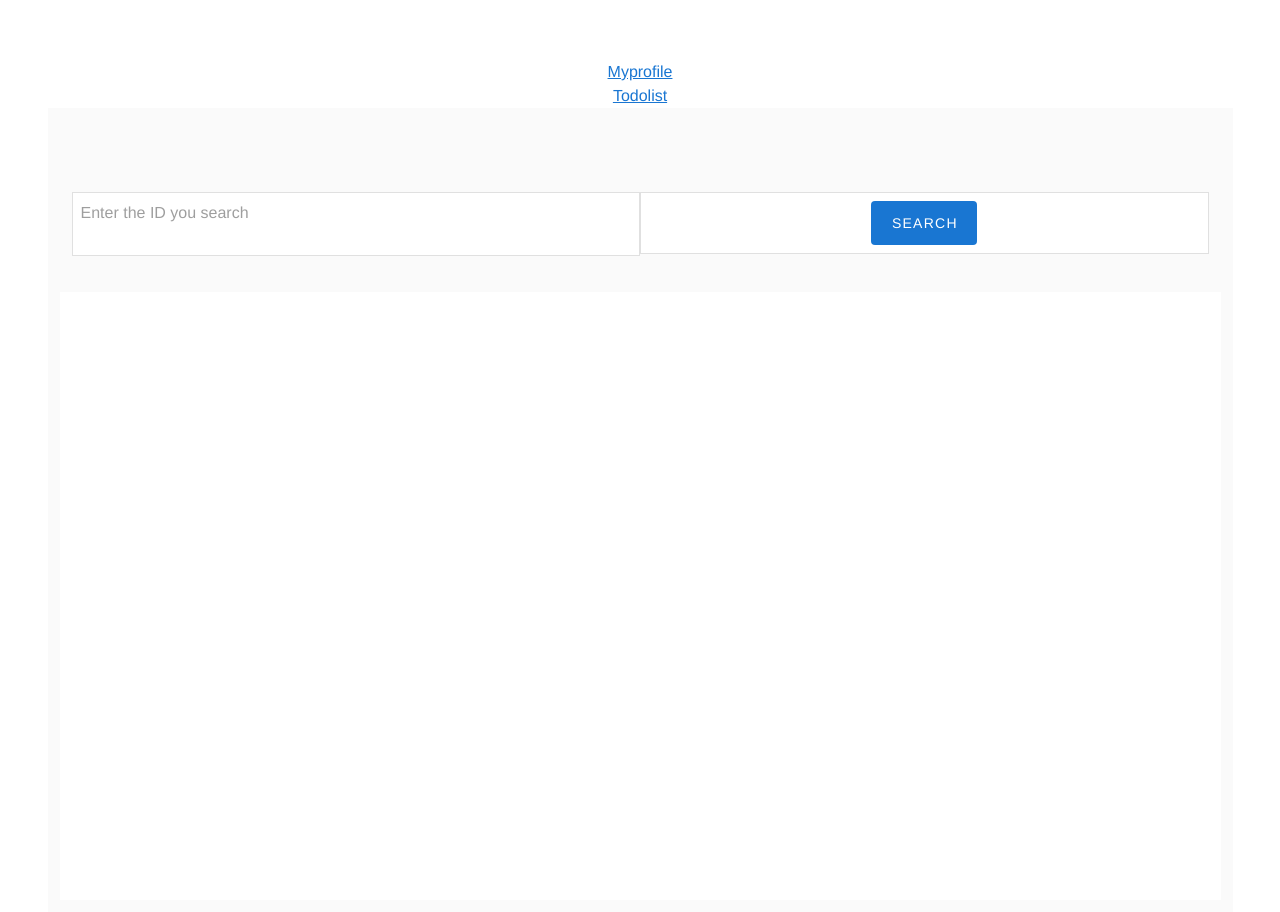
Repository: Shanshan67/todolist
Page: /#/profile
The author's editor kept a copy of each file at every save. The page is drawn from the files as they stood at one save, then again after the next save.
The browser window is 1280 px wide. The pictures show the whole page.
The project was rebuilt for these pictures with package versions that can differ from the ones it lists, and the page was loaded fresh each time. Also part of the build but not shown: src/pages/Dashboard.vue, src/pages/Todolist.vue.

Above is the page before, as saved 2022-07-20 20:25:39.

After the next save:
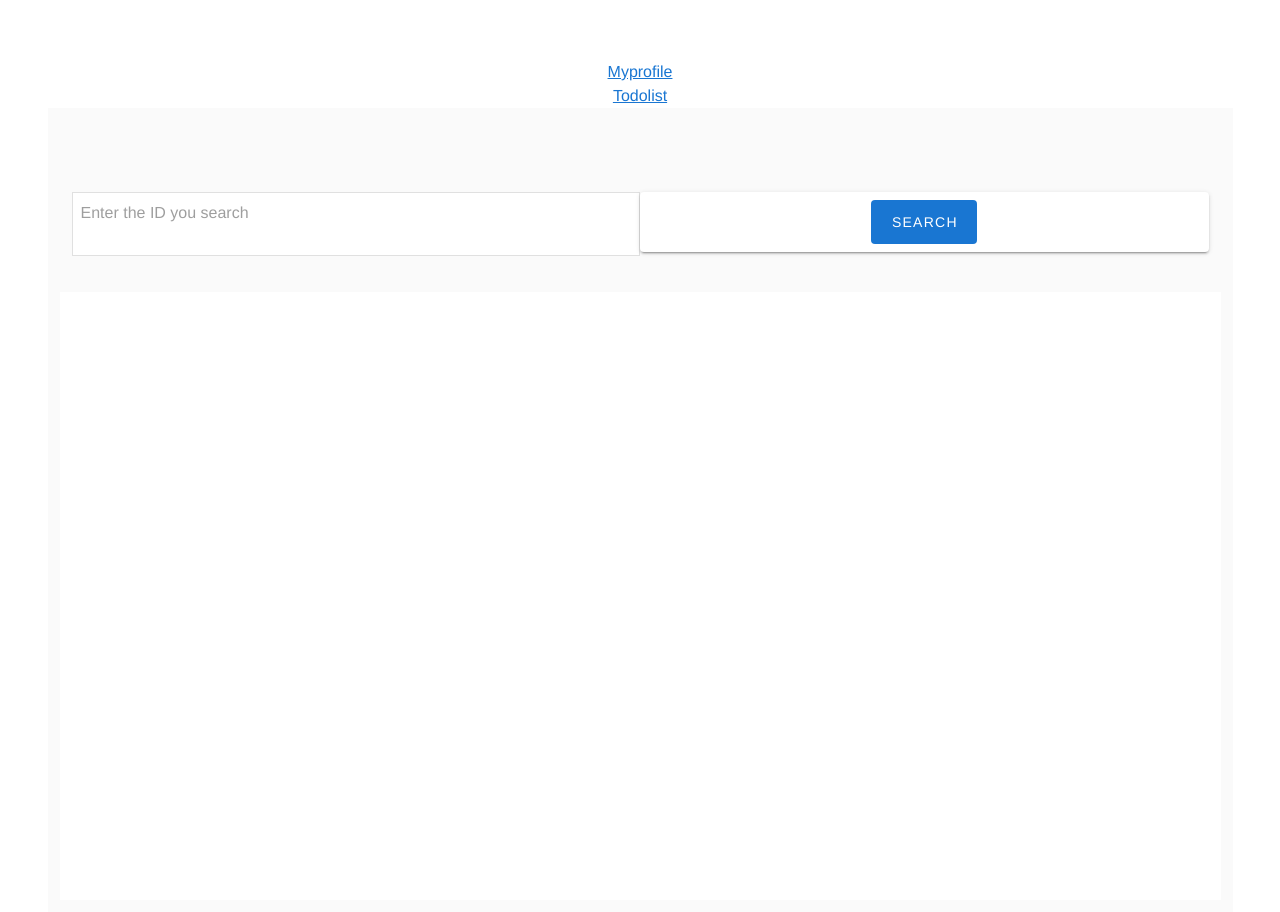
Saved 60 s later.
--- a/src/components/Search.vue
+++ b/src/components/Search.vue
@@ -10,7 +10,7 @@
     						</v-input></v-card>
 					</v-col>
         			<v-col sm="6" md="5" offset-md="2" lg="6" offset-lg="0">
-          				<v-card class="pa-2" outlined tile>
+          				<v-card class="pa-2" >
 							<v-btn large
         						depressed
         						color="primary"

After the save that followed:
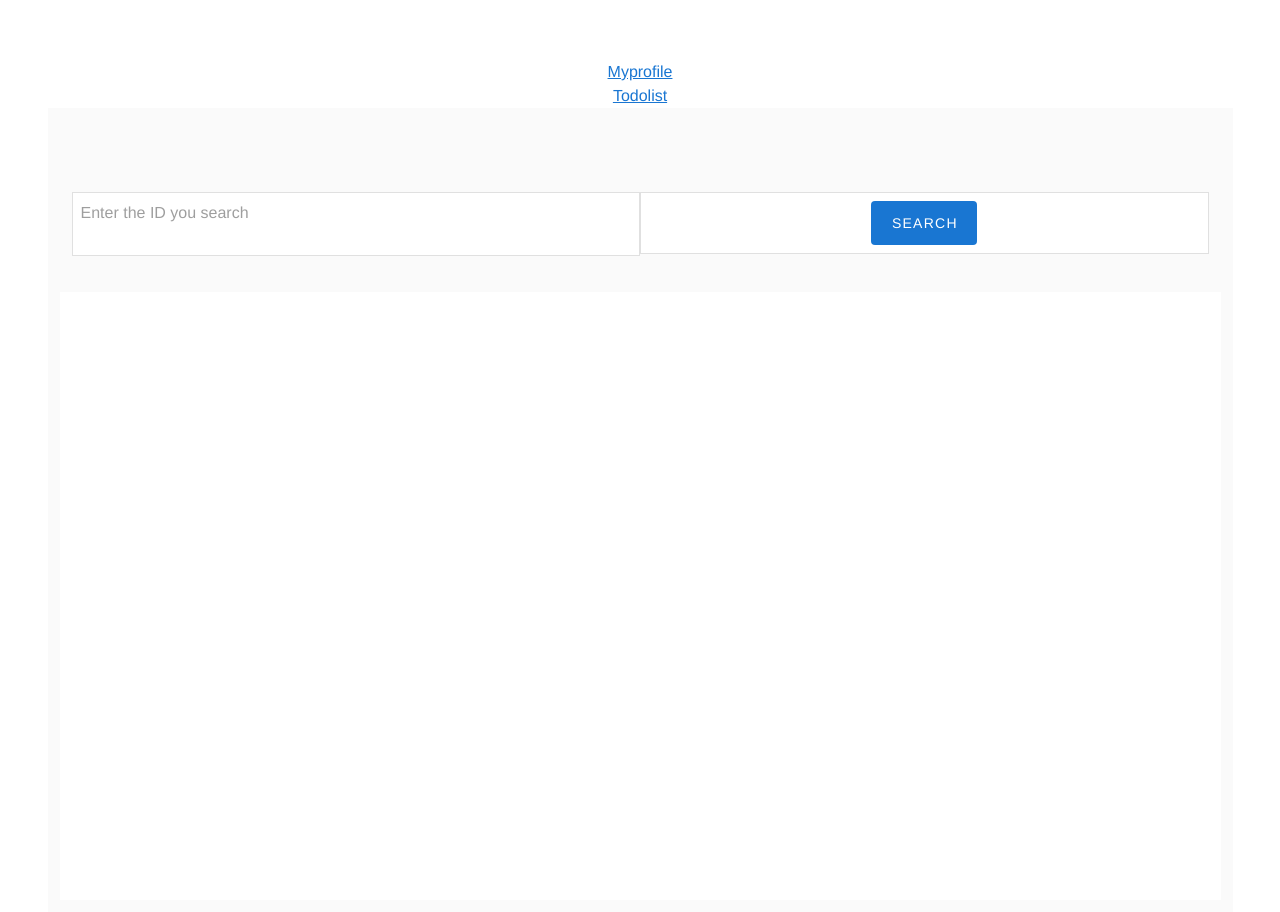
Saved 30 s later.
--- a/src/components/Search.vue
+++ b/src/components/Search.vue
@@ -10,7 +10,7 @@
     						</v-input></v-card>
 					</v-col>
         			<v-col sm="6" md="5" offset-md="2" lg="6" offset-lg="0">
-          				<v-card class="pa-2" >
+          				<v-card class="pa-2" outlined tile>
 							<v-btn large
         						depressed
         						color="primary"
